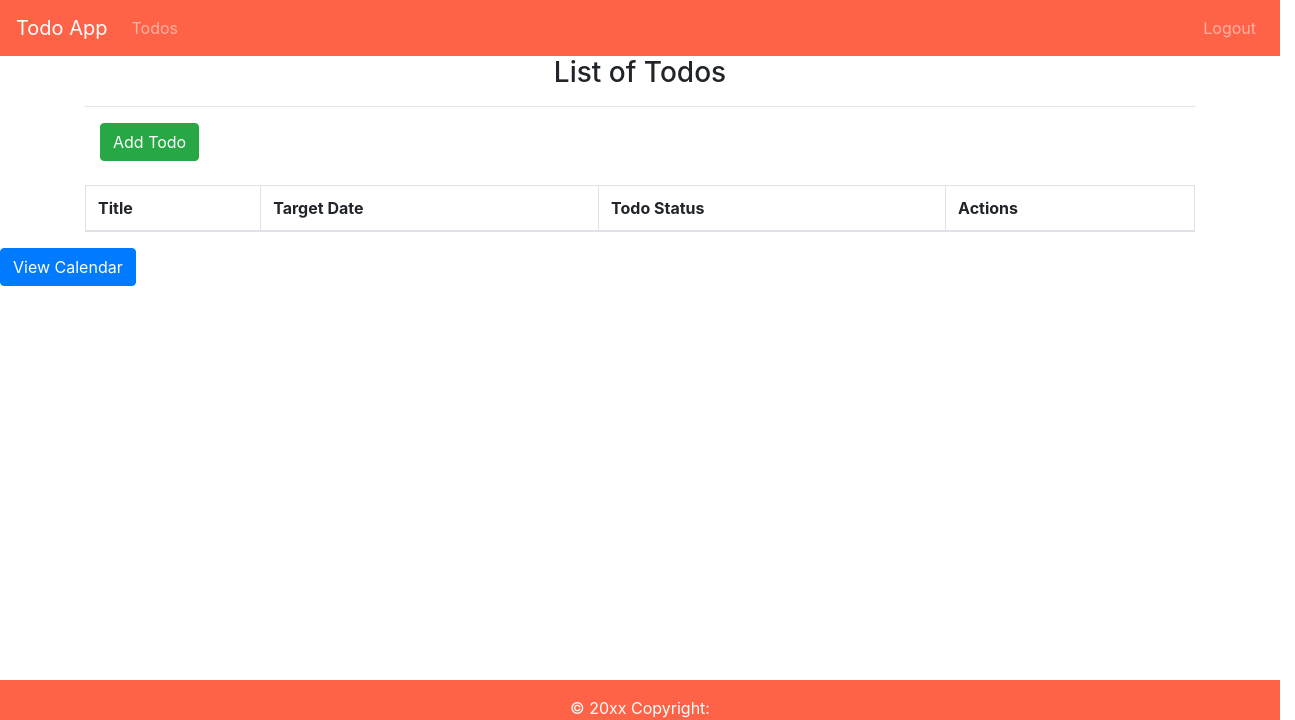
Repository: deepankarpant15/TaskTrackr
Page: http://localhost/Trackr/todo/todo-list.jsp
An editor plug-in stored every save of this project. The page is shown before and after the next save, followed by the edit.
The browser window is 1280 px wide. The page is 1295 px wide, so the pictures cover 1295 px, including what lies to the right of the window. The pictures show the whole page.
The page is served by Tomcat 9. The template is opened directly, without the code that normally fills it, so the values that code supplies are empty.

Above is the page before, as saved 2024-11-17 07:39:04.

After the next save:
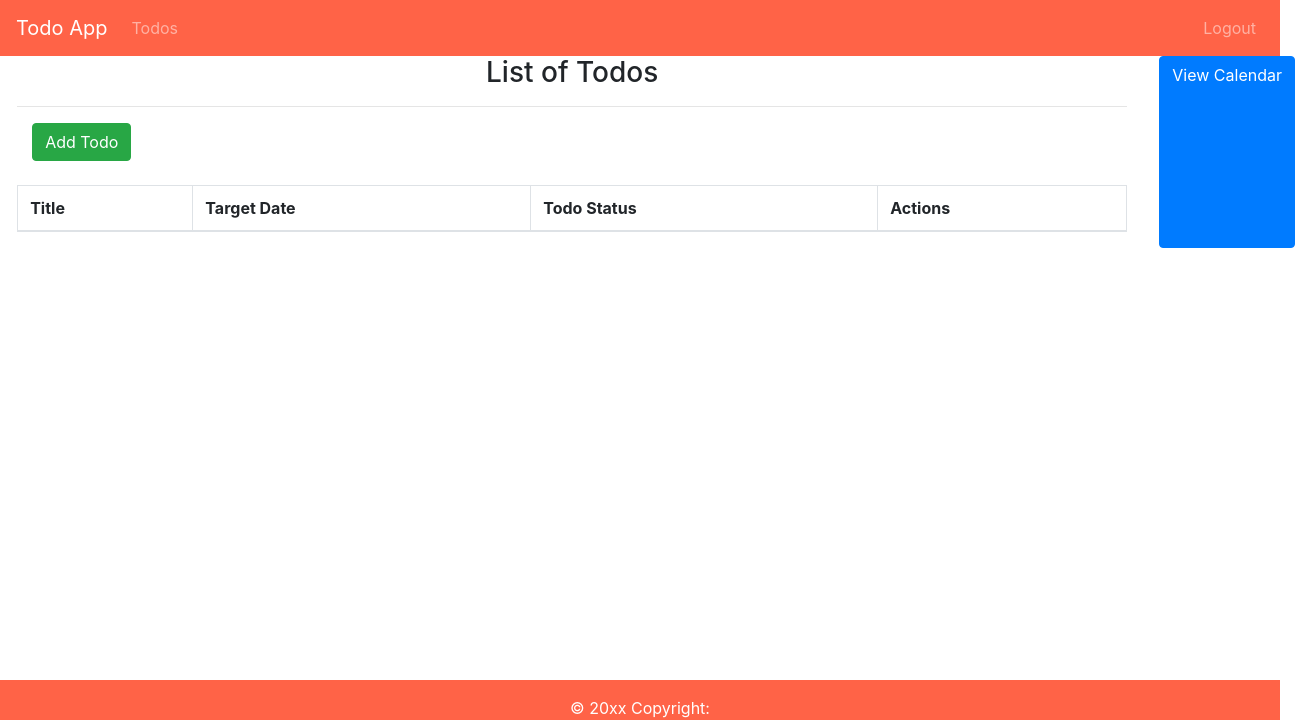
Saved 2 min 8 s later.
--- a/Trackr/src/main/webapp/todo/todo-list.jsp
+++ b/Trackr/src/main/webapp/todo/todo-list.jsp
@@ -78,8 +78,8 @@
 
    </table>
   </div>
+ <a href="calendar" class="btn btn-primary">View Calendar</a>
  </div>
- <a href="calendar" class="btn btn-primary">View Calendar</a>
 
  <jsp:include page="../common/footer.jsp"></jsp:include>
 </body>
